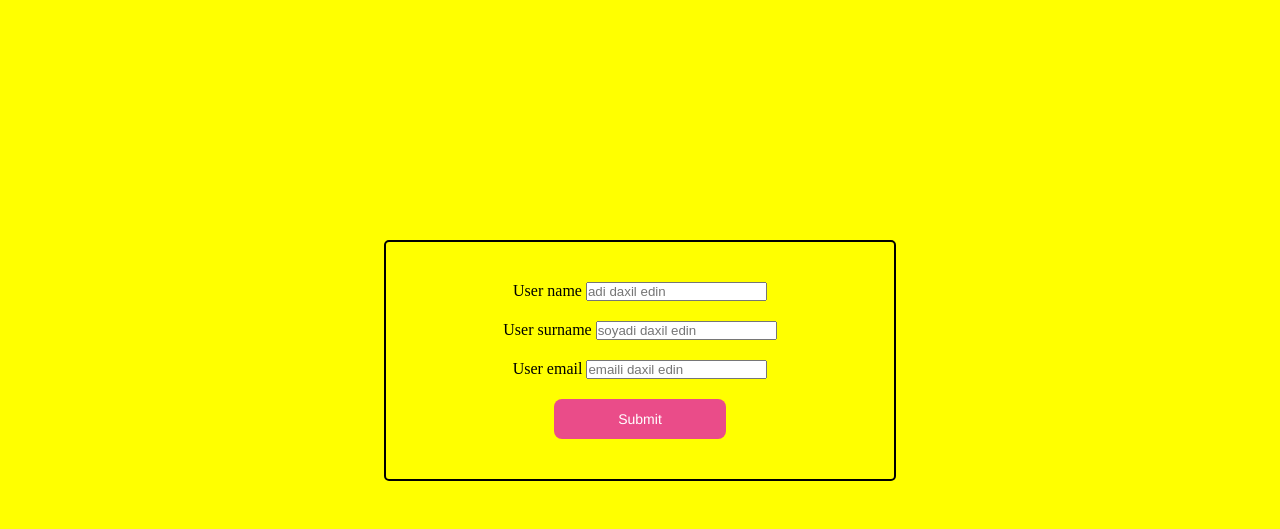
Repository: AytacSafarova/Figma--task
Page: index.html
These files come from the project's save history. The page is drawn as it stood at one moment and after the next save; the edit follows.
The browser window is 1280 px wide. The pictures show the whole page.

Above is the page before, as saved 2023-08-04 15:57:40.

### index.html
<!DOCTYPE html>
<html lang="en">

<head>
    <meta charset="UTF-8">
    <meta name="viewport" content="width=device-width, initial-scale=1.0">
    <title>Document</title>
    <link rel="stylesheet" href="./index.css">
</head>
<body>
    <div class="container">
     <form action="">
        <label for="user-name">
            User name
            <input class="user-name-input" placeholder="adi daxil edin" name="user-surname" type="text" required >
        </label>
        <label for="user-surname">
            User surname
            <input  class="user-surname-input" placeholder="soyadi daxil edin" name="user-surname" type="text" required>
        </label>
        <label for="user-email">
            User email
            <input class="user-email-input" placeholder="emaili daxil edin" name="user-email" type="email" required>
            <p></p>
        </label>

        <button class="button-1" role="button">Submit</button>

     </form>
    </div>
</body>
<script src="index.js"></script>

</html>

### index.css
@import url("https://fonts.googleapis.com/css2?family=Roboto&family=Roboto+Slab:wght@700&display=swap");
* {
  margin: 0;
  padding: 0;
  box-sizing: border-box;
}
.container {
  /* padding: 214px 0 231px 121px; */
  width: 100%;
  min-height: 100vh;
  display: flex;
  justify-content:center;
  align-items: center;
  background-color: yellow;
}
.container h1 {
  color: #000;
  font-family: Roboto Slab;
  font-size: 55px;
  font-style: normal;
  font-weight: 700;
  line-height: 101.385%;
}
.container ul {
  margin-top: 62px;
  width: 672px;
}
.container ul li {
  color: #000;
  font-family: Roboto;
  font-size: 24px;
  font-style: normal;
  font-weight: 400;
  line-height: 150%;
}

/* tablet style */
@media screen and (max-width:1024px) {
  .container {
    padding: 127px 0 160px 65px;
  }
  .container h1 {
    font-size: 32px;
  }
  .container ul {
    margin-top: 20px;
    width: 398px;
  }
  .container ul li {
    font-size: 14px;
  }
}

/* mobile style */
@media screen and (max-width: 768px) {

}


span{
  background-color: violet;
  /* display: inline; */
}
.child{
  background-color: teal;
  width: 300px;
  height: 200px;
  margin-right: 20px;

  color: white;
  font-size: 40px;
}

form{
width: 40%;
padding: 40px;
border-radius: 5px;
border:  2px solid black;
display: flex;
flex-direction: column;
align-items: center;
gap: 20px;
}


/* CSS */
.button-1 {
  width: 40%;
  background-color: #EA4C89;
  border-radius: 8px;
  border-style: none;
  box-sizing: border-box;
  color: #FFFFFF;
  cursor: pointer;
  display: inline-block;
  font-family: "Haas Grot Text R Web", "Helvetica Neue", Helvetica, Arial, sans-serif;
  font-size: 14px;
  font-weight: 500;
  height: 40px;
  line-height: 20px;
  list-style: none;
  margin: 0;
  outline: none;
  padding: 10px 16px;
  position: relative;
  text-align: center;
  text-decoration: none;
  transition: color 100ms;
  vertical-align: baseline;
  user-select: none;
  -webkit-user-select: none;
  touch-action: manipulation;
}

.button-1:hover,
.button-1:focus {
  background-color: #F082AC;
}

input:first-child:hover{
background-color: #F082AC;
}

### index.js
let btn = document.querySelector('button')
let userName= document.querySelector('.user-name-input')
let userSurname= document.querySelector('.user-surname-input')
let form= document.querySelector('form')
// btn.addEventListener('click', showdata)
form.addEventListener('submit', showdata)
function showdata(e){
    e.preventDefault()
    console.log(userName.value);
    console.log(userSurname.value);
form.reset()
}

After the next save:
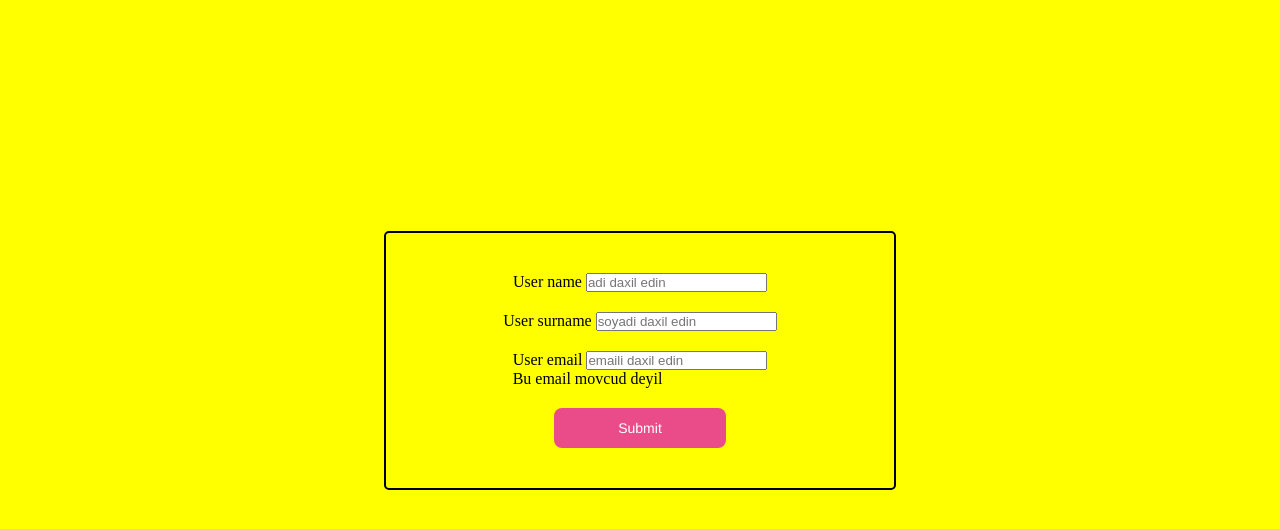
Saved 11 s later.
--- a/index.html
+++ b/index.html
@@ -21,7 +21,7 @@
         <label for="user-email">
             User email
             <input class="user-email-input" placeholder="emaili daxil edin" name="user-email" type="email" required>
-            <p></p>
+            <p>Bu email movcud deyil</p>
         </label>
 
         <button class="button-1" role="button">Submit</button>
